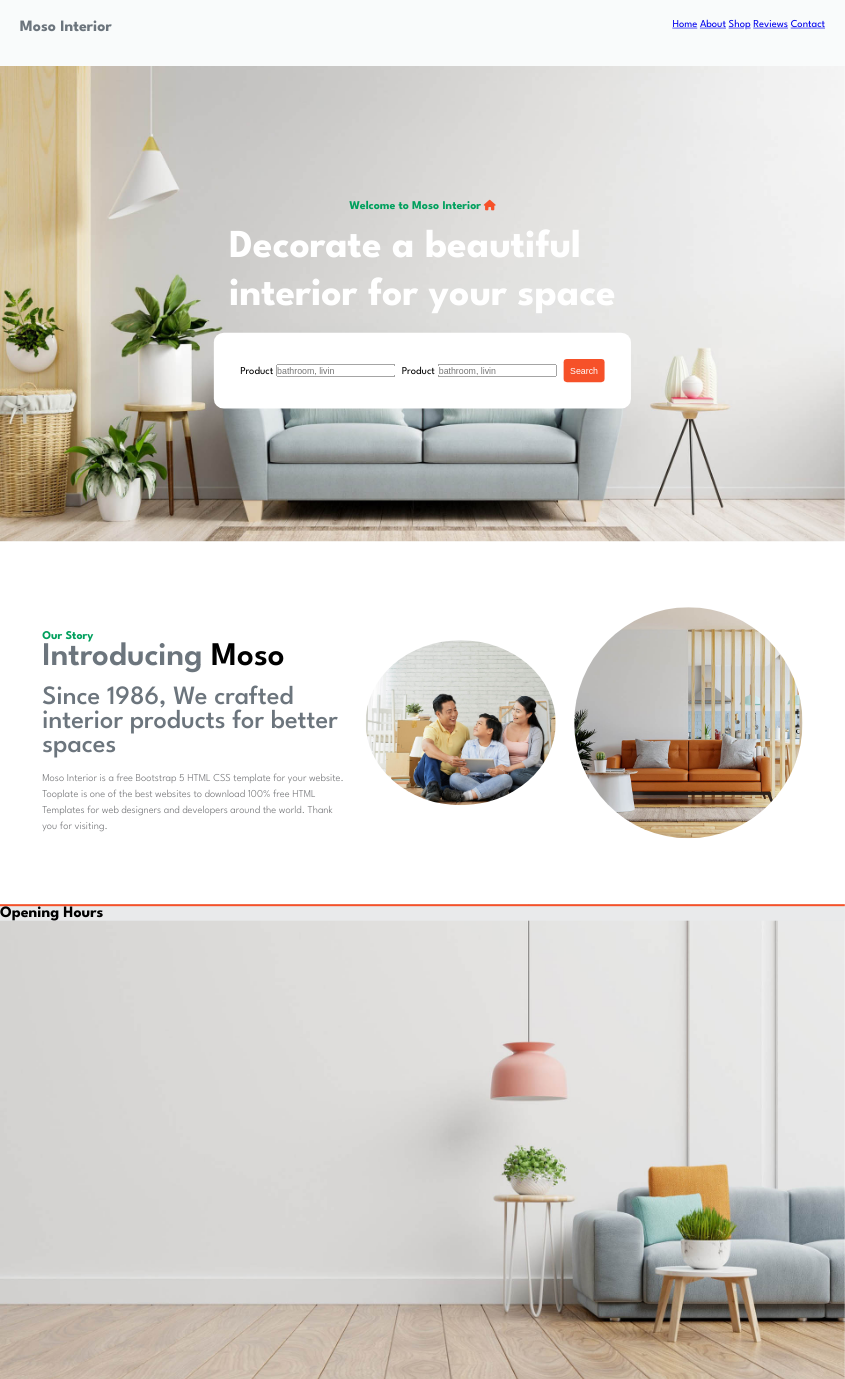
Repository: mariamnabil23/furniture
Page: index.html
An editor plug-in stored every save of this project. The page is shown before and after the next save, followed by the edit.
The browser window is 1280 px wide. The pictures show the whole page, at 66% of full size.
Some web fonts or font styles are not loaded; a fallback is used.

Above is the page before, as saved 2024-10-30 16:47:18.

### index.html
<!DOCTYPE html>
<html lang="en">

<head>
    <meta charset="UTF-8">
    <meta name="viewport" content="width=device-width, initial-scale=1.0">
    <title>Furnture</title>

    <!-- font awesome -->
    <link rel="stylesheet" href="https://cdnjs.cloudflare.com/ajax/libs/font-awesome/6.0.0-beta3/css/all.min.css">

    <!-- google font -->
    <link rel="preconnect" href="https://fonts.googleapis.com">
    <link rel="preconnect" href="https://fonts.gstatic.com" crossorigin>
    <link
        href="https://fonts.googleapis.com/css2?family=Anton&family=DM+Sans:ital,opsz,wght@0,9..40,100..1000;1,9..40,100..1000&family=Inter:wght@100..900&family=Karla:ital,wght@0,200..800;1,200..800&family=League+Spartan:wght@100..900&family=Montserrat:ital,wght@0,100..900;1,100..900&family=Nunito:ital,wght@0,200..1000;1,200..1000&family=Playwrite+GB+S:ital,wght@0,100..400;1,100..400&family=Saira+Semi+Condensed:wght@100;200;300;400;500;600;700;800;900&family=Sorts+Mill+Goudy:ital@0;1&family=Tajawal:wght@200;300;400;500;700;800;900&family=Work+Sans:ital,wght@0,100..900;1,100..900&family=Yellowtail&family=Zen+Dots&display=swap"
        rel="stylesheet">


    <link rel="stylesheet" href="style.css">
</head>

<body>
    <div class="container">
        <div class="navbar">
            <div class="left">
                <h2>Moso Interior</h2>
            </div>
            <div class="right">
                <ul>
                    <li><a href="#">Home</a></li>
                    <li><a href="#">About</a></li>
                    <li><a href="#">Shop</a></li>
                    <li><a href="#">Reviews</a></li>
                    <li><a href="#">Contact</a></li>
                </ul>
            </div>
        </div>

        <!-- home section -->
        <section class="home">
            <div class="content">
                <div class="top">
                    <h5>Welcome to Moso Interior</h5>
                    <i class="fas fa-home"></i>
                </div>
                <div class="middle">
                    <h1>Decorate a beautiful <br> interior for your space</h1>
                </div>
                <div class="bottom">
                    <div class="l">
                        <label>Product</label>
                        <input placeholder="bathroom, livin">
                    </div>
                    <div class="r">
                        <label>Product</label>
                        <input placeholder="bathroom, livin">
                    </div>
                    <div class="btn">
                        <button>Search</button>
                    </div>
                    <div class="down"><i class="fas fa-arrow"></i></div>
                </div>
            </div>
        </section>

        <!-- about section -->
        <section class="about">
            <div class="content">
                <div class="left">
                    <h5>Our Story</h5>
                    <h1>Introducing <span>Moso</span></h1>
                    <h2>Since 1986, We crafted <br> interior products for better <br> spaces</h2>
                    <p>Moso Interior is a free Bootstrap 5 HTML CSS template for your website. Tooplate is one of the
                        best websites to download 100% free HTML Templates for web designers and developers around the
                        world. Thank you for visiting.</p>
                </div>
                <div class="middle">
                    <img src="/images/about1.jpg">
                </div>
                <div class="right">
                    <img src="/images/about2.jpg">
                </div>
            </div>
        </section>

        <!-- open section -->
        <section class="open">
            <div class="content">
                <h1>Opening Hours</h1>
                <div class="box">
                    <div class="hours">

                    </div>
                </div>
            </div>
        </section>
    </div>
</body>

</html>

### style.css
@import url('https://fonts.googleapis.com/css2?family=Anton&family=DM+Sans:ital,opsz,wght@0,9..40,100..1000;1,9..40,100..1000&family=Inter:wght@100..900&family=Karla:ital,wght@0,200..800;1,200..800&family=League+Spartan:wght@100..900&family=Montserrat:ital,wght@0,100..900;1,100..900&family=Nunito:ital,wght@0,200..1000;1,200..1000&family=Playwrite+GB+S:ital,wght@0,100..400;1,100..400&family=Saira+Semi+Condensed:wght@100;200;300;400;500;600;700;800;900&family=Sorts+Mill+Goudy:ital@0;1&family=Tajawal:wght@200;300;400;500;700;800;900&family=Work+Sans:ital,wght@0,100..900;1,100..900&family=Yellowtail&family=Zen+Dots&display=swap');


*{
    box-sizing: border-box;
    padding: 0;
    margin: 0;
}
body{
    font-family: "League Spartan", sans-serif;
}
ul{
    list-style: none;
}

.navbar{
    width: 100%;
    height: 100px;
    background-color: rgb(249, 251, 251);
    padding: 30px;
}
.navbar .left{
    float: left;
    display: inline;
}
.navbar .right{
    float: right;
    display: inline;
}
.navbar .right ul li{
    display: inline;
}


/* home */
.home{
    width: 100%;
    height: 100vh;
    background-image: url("/images/home-bg-1.jpg");
    background-size: cover;
    display: flex;
    flex-direction: column;
    align-items: center;
    justify-content: center;
    align-items: center;
}
.home .content{
    display: flex;
    flex-direction: column;
    align-items: center;
    justify-content: center;
    align-items: center;
}
.home .top h5{
    display: inline;
    color: #00a05d;
    font-size: 18px;
}
.home .top i{
    color: #f65129;
}
.home .middle h1{
    color: white;
    font-size: 60px;
    margin: 20px 0;
    line-height: 1.2;
}
.home .bottom {
    background: white;
    border-radius: 15px;
    padding: 40px;
    display: flex;
}
.home .bottom .l,
.home .bottom .r{
    margin: auto;
}
.home .bottom .r,
.home .bottom .btn{
    padding-left: 10px;
}
.home .bottom button{
    background: #f65129;
    padding: 10px;
    color: white;
    border: none;
    border-radius: 5px;
}


/* about */

.about{

}
.about .content{
    display: flex;
    justify-content: space-between;
    align-items: center;
    width: 90%;
    margin: 100px auto;
}
.about .left{
    width: 40%;
    height: 280px;
}
.about .left h5{
    color: #00a05d;
    font-size: 18px;
}
.about .middle{
    width: 25%;
    height: 250px;
}
.about .middle img{
    width: 100%;
    height: 100%;
    object-fit: cover;
    border-radius: 100%;
}
.about .right{
    width: 30%;
    height: 350px;
}
.about .right img{
    width: 100%;
    height: 100%;
    object-fit: cover;
    border-radius: 100%;
}
.about .left h1, h2{
    color: #6c757d;
}
.about .left h1{
    font-size: 50px;
    font-weight: 600;
}
.about .left h2{
    font-size: 40px;
    font-weight: 500;
    margin: 20px 0;

}
.about .left span{
    color: black;
}
.about .left p{
    color: #717275;
    font-size: 16px;
    font-weight: 300;
    line-height: 1.5;
}

/* open */
.open{
    width: 100%;
    height: 100vh;
    background-image: url('/images/open-bg.jpg');
    background-size: cover;

}
.open .content{
    background-color: #e9eaeb;
    border-top: 3px solid #f65129;
    width: ;
}
.open h1{

}
.open .box .hours{
    display: inline;
}

After the next save:
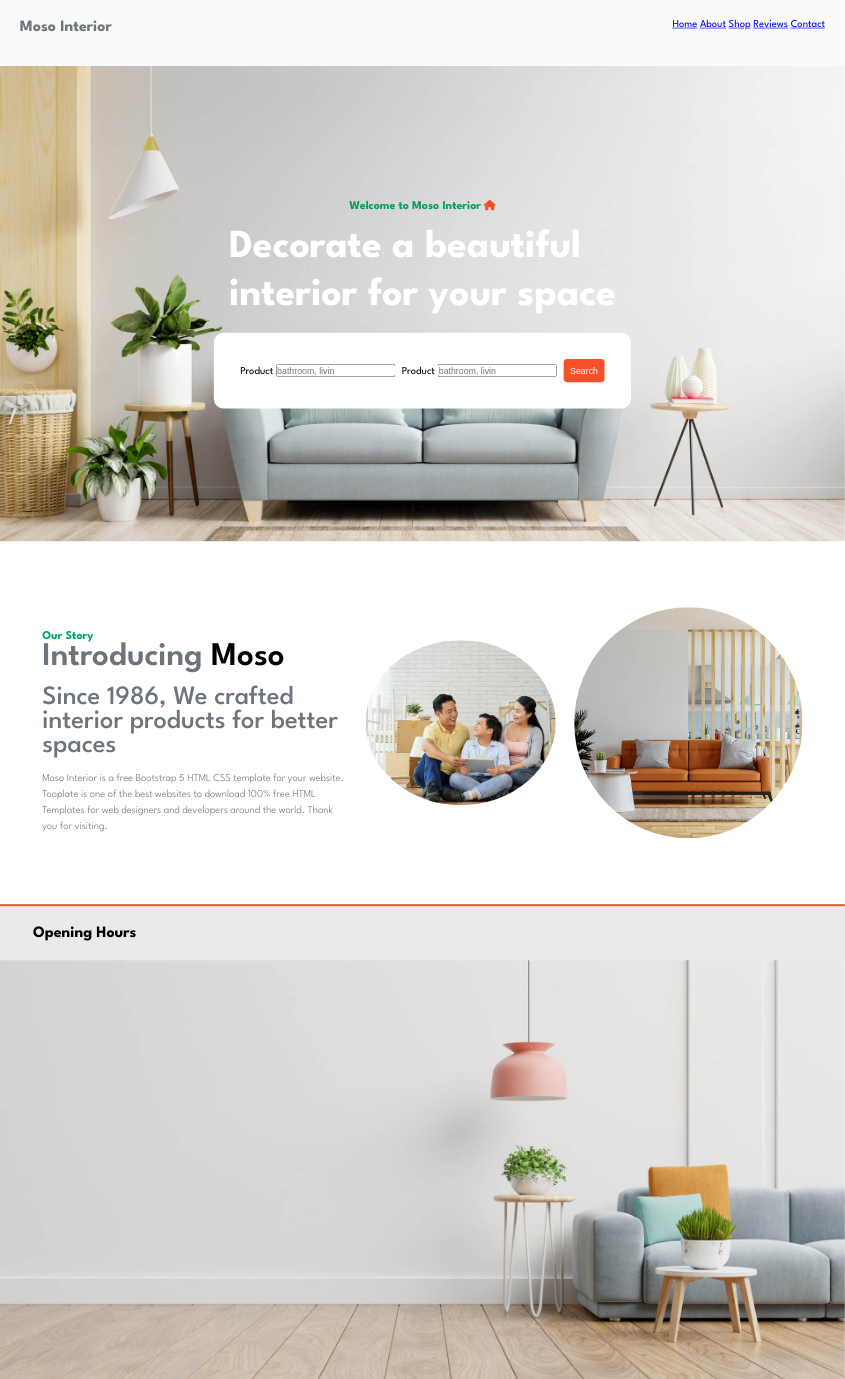
Saved 22 s later.
--- a/style.css
+++ b/style.css
@@ -163,6 +163,7 @@ ul{
     background-color: #e9eaeb;
     border-top: 3px solid #f65129;
     width: ;
+    padding: 30px 50px;
 }
 .open h1{
 
